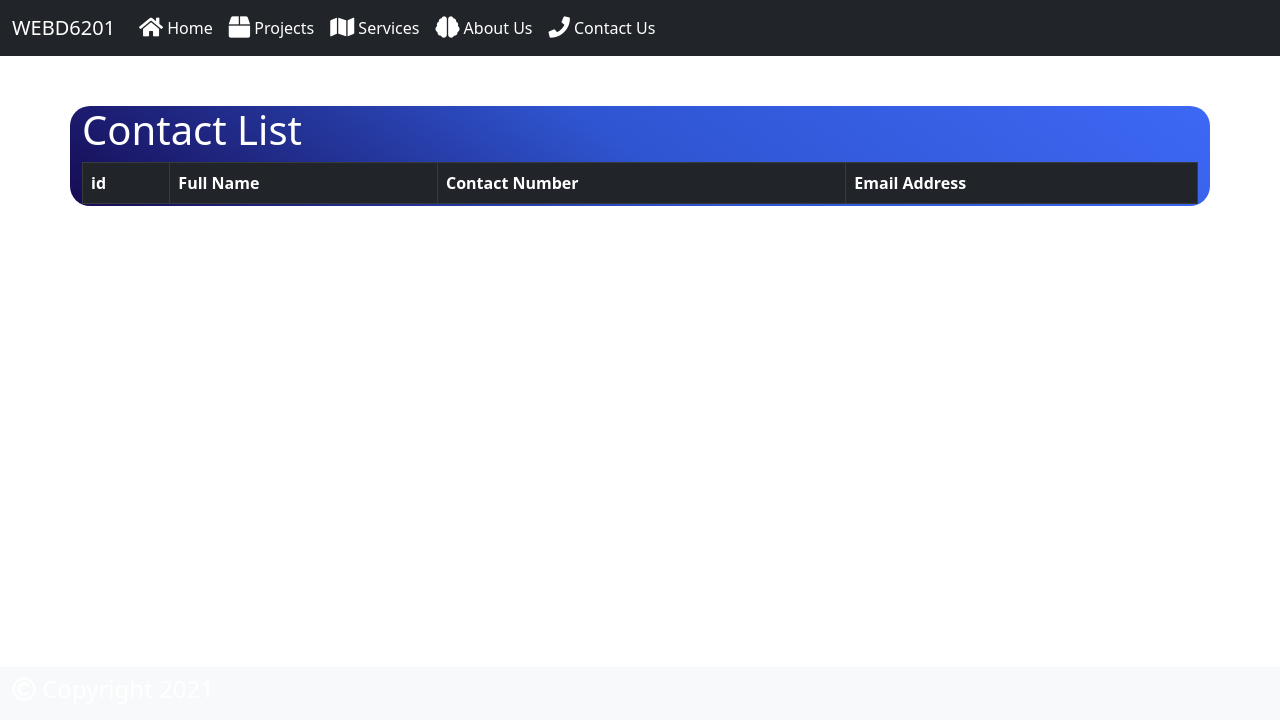
Repository: AshokSasi/WEBD6201-ASasi-JYuan-Lab2
Page: contact-list.html
An editor plug-in stored every save of this project. The page is shown before and after the next save, followed by the edit.
The browser window is 1280 px wide. The pictures show the whole page.

Above is the page before, as saved 2021-01-28 20:33:01.
Not found: Scripts/contact.js

### contact-list.html
<!DOCTYPE html>
<html lang="en">
<head>
    <meta charset="UTF-8">
    <meta name="viewport" content="width=device-width, initial-scale=1.0">
    <title>Contact-List</title>
    <!-- CSS Section-->
    <link rel="stylesheet" href="./Content/app.css">
    <link rel="stylesheet" href="./node_modules/bootstrap/dist/css/bootstrap.min.css">
    <link rel="stylesheet" href="./node_modules/@fortawesome/fontawesome-free/css/all.min.css">
</head>
<body>
   <!-- Main Header -->
   <header>
    <!--main navbar-->
      <nav class="navbar navbar-expand-lg navbar-dark bg-dark">
          <div class="container-fluid">
            <a class="navbar-brand" href="index.html">WEBD6201</a>
            <button class="navbar-toggler" type="button" data-bs-toggle="collapse" data-bs-target="#navbarSupportedContent" aria-controls="navbarSupportedContent" aria-expanded="false" aria-label="Toggle navigation">
              <span class="navbar-toggler-icon"></span>
            </button>
            <div class="collapse navbar-collapse" id="navbarSupportedContent">
              <ul class="navbar-nav me-auto mb-2 mb-lg-0">
                <li class="nav-item">
                  <a class="nav-link active" aria-current="page" href="index.html"><i class="fas fa-home fa-lg"></i> Home</a>
                </li>
                <li class="nav-item">
                  <a class="nav-link active" aria-current="page" href="projects.html"><i class="fas fa-box fa-lg"></i> Projects</a>
                </li>
                <li class="nav-item">
                  <a class="nav-link active" aria-current="page" href="services.html"><i class="fas fa-map fa-lg"></i> Services</a>
                </li>
                <li class="nav-item">
                  <a class="nav-link active" aria-current="page" href="about.html"><i class="fas fa-brain fa-lg"></i> About Us</a>
                </li>
                <li class="nav-item">
                  <a class="nav-link active" aria-current="page" href="contact.html"><i class="fas fa-phone fa-lg"></i> Contact Us</a>
                </li>
              </ul>

            </div>
          </div>
        </nav>
  </header>

    <!-- Main Content-->
    <main class="container">
        <h1>Contact List</h1>

        <div class="row">
            <div class="col">
                <table class="table table-striped table-bordered table-hover">
                    <thead class ="table-dark">
                      <tr>
                        <th scope="col">id</th>
                        <th scope="col">Full Name</th>
                        <th scope="col">Contact Number</th>
                        <th scope="col">Email Address</th>
                      </tr>
                    </thead>
                    <tbody id=contactList>
                    </tbody>
                  </table>
            </div>
        </div>

    </main>

    <!--Main Footer Nav -->
    <footer>
        <nav class="navbar fixed-bottom navbar-light bg-light">
            <div class="container-fluid">
              <h4><i class="far fa-copyright"></i> Copyright 2021</h4>
            </div>
          </nav>
    </footer>

    <!--Javascript section-->
    <script src="./Scripts/contact.js"></script>
    <script src="./Scripts/app.js"></script>
    <script src="./node_modules/jquery/dist/jquery.min.js"></script>

    <script src="./node_modules/bootstrap/dist/js/bootstrap.bundle.min.js"></script>
</body>
</html>

### Content/app.css
body.bg-image{
    background-image : url('../img/bg-img.png');
    background-repeat: no-repeat;
    background-attachment: fixed;
    background-size: 100% 100%;

}

.container{
    color: white;
    border-radius: 20px;
    width: 70%;
    height: 100px;
    margin: 50px auto;
    background: linear-gradient(35deg,#160b52,#2f55d1,#3d68f5)
  /*  background: linear-gradient(35deg,#160b52,#2f51be)*/
}
footer{
    color:white;
}

### Scripts/app.js
/* custom JavaScript goes here */

//IIFE - Immediately Invoked Function Expression
//AKA - Anonymous Self-Executing Function
//Closure - limits scope leak


"use strict";

(function()
{
function displayHome()
{

      // let paragraphOneText = "This is a simple site to demonstrate DOM Manipulation for ICE 1";

        //Different ways to select a paragraph element "paragraph one"
      //  let paragraphOneElement = document.getElementById("paragraphOne");

       // paragraphOneElement.textContent = paragraphOneText;
       // paragraphOneElement.className = "fs-5";

        // step 1. Create an element
     //   let newParagraph = document.createElement("p");
        //step 2. configure element
      //  newParagraph.setAttribute("id", "paragraphTwo");
       // newParagraph.textContent = "...And this is paragraph two";
       // //Step 3. select the parent element
      //  let mainContent = document.getElementsByTagName("main")[0];
        //step 4. Add/insert the element
      //  mainContent.appendChild(newParagraph);

        newParagraph.className = "fs-6";

        //////another way to add an element ///////
        //let paragraphThree =`<p class="fs-7 fw-bold">And this is the Third Paragraph</p>`;
        //mainContent.innerHTML = paragraphThree;

      //  let paragraphDiv = document.createElement("div");
       // let paragraphThree = `<p id="paragraphThree" class="fs-7 fw-bold">And this is the third paragraph</p>`
       // paragraphDiv.innerHTML = paragraphThree;

        //insertion before a node
        //newParagraph.before(paragraphDiv);
      //  newParagraph.after(paragraphDiv);

        //deletions
        //paragraphOneElement.remove();
      //  mainContent.removeChild(paragraphOneElement);

        //Update / modification of an element
        //mainContent.firstElementChild.textContent = "Welcome Home!";

      //  mainContent.innerHTML =
      //  `<h1 id="firstHeading">Welcome to WEBD6201 - Lab 1</h1>
      //  <p id="paragraphOne" class="fs-3 fw-bold">This is my first paragraph</p>`

}
function displayAbout()
{

}
function displayProjects()
{

}
function displayServices()
{

}

function displayContact()
{
    let messageArea = document.getElementById("messageArea");
    messageArea.hidden = true;
    //form validation
    let fullName = document.getElementById("fullName");
        fullName.addEventListener("blur", function()
        {
            if(fullName.value.length < 2)
            {
                fullName.focus();
                fullName.select();
                messageArea.hidden = false;
                messageArea.textContent = "Please enter an appropriate Name";
            }
            else
            {
                messageArea.removeAttribute("class");
                messageArea.hidden = true;
            }
        });


    let sendButton = document.getElementById("sendButton");
    sendButton.addEventListener("click", function(event)
    {
        //event.preventDefault();
        let contact = new Contact(fullName.value, contactNumber.value, emailAddress.value);

        if(contact.serialize())
        {
            localStorage.setItem((localStorage.length + 1).toString(), contact.serialize());
        }

    });
}


    function Start()
    {
        console.log("App Started...");

        switch(document.title)
        {
            case "Home":
                displayHome();
                break;
            case "About":
                displayAbout();
                break;
            case "Projects":
                displayProjects();
                break;
            case "Services":
                displayServices();
                break;
            case "Contact":
                displayContact();
                break;

        }

    }



    window.addEventListener("load", Start);

})();

Loaded but not shown: node_modules/bootstrap/dist/css/bootstrap.min.css (library); node_modules/@fortawesome/fontawesome-free/css/all.min.css (library); node_modules/jquery/dist/jquery.min.js (library); node_modules/bootstrap/dist/js/bootstrap.bundle.min.js (library)

After the next save:
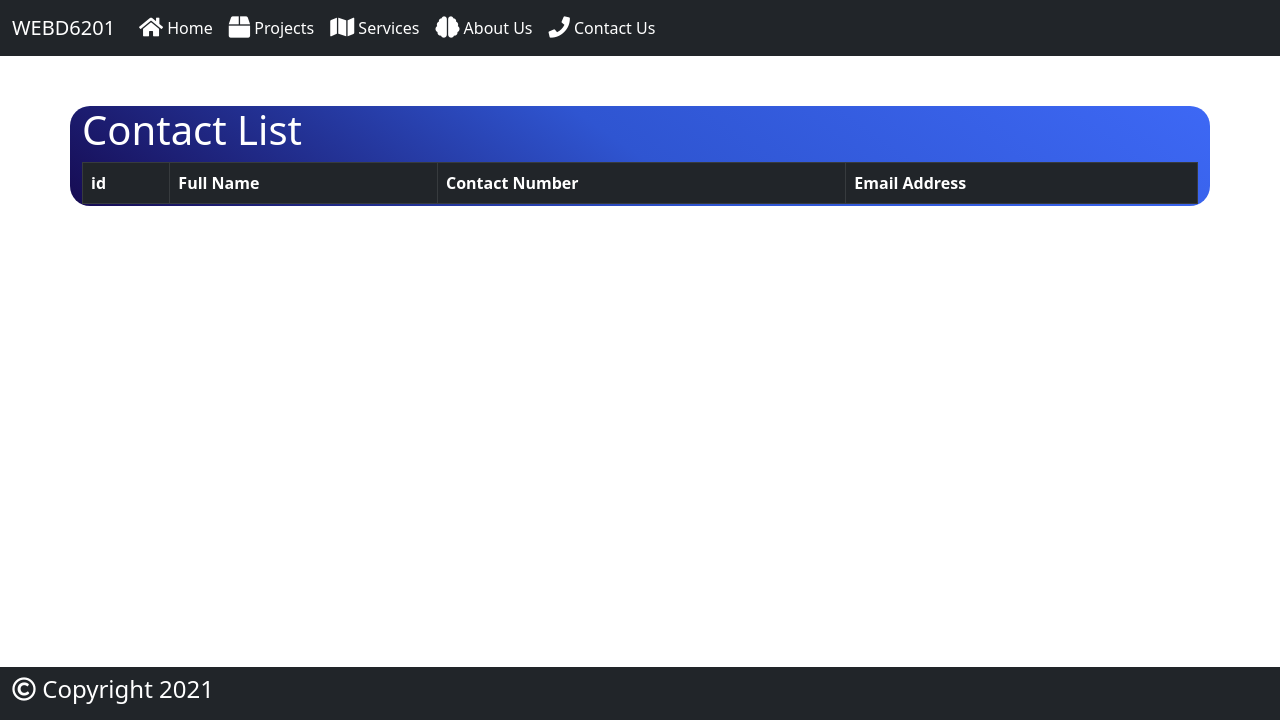
Saved 4 s later.
--- a/contact-list.html
+++ b/contact-list.html
@@ -67,13 +67,14 @@
     </main>
 
     <!--Main Footer Nav -->
+    <!--Main Footer Nav -->
     <footer>
-        <nav class="navbar fixed-bottom navbar-light bg-light">
-            <div class="container-fluid">
-              <h4><i class="far fa-copyright"></i> Copyright 2021</h4>
-            </div>
-          </nav>
-    </footer>
+      <nav class="navbar fixed-bottom navbar-dark bg-dark">
+          <div class="container-fluid">
+            <h4 class="footerContent"><i class="far fa-copyright"></i> Copyright 2021</h4>
+          </div>
+        </nav>
+  </footer>
 
     <!--Javascript section-->
     <script src="./Scripts/contact.js"></script>
